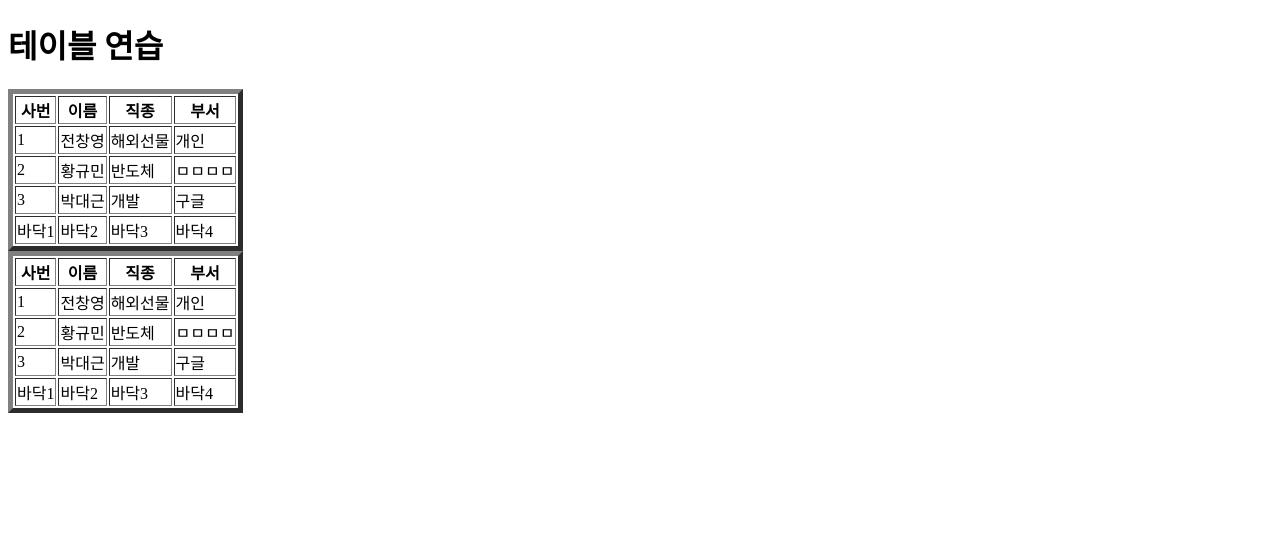
Repository: keeka2/webPractice
Page: MyStudy/HTML_Study/work/0821/WebContent/ex2_table.html
These files come from the project's save history. The page is drawn as it stood at one moment and after the next save; the edit follows.
The browser window is 1280 px wide. The pictures show the whole page.

Above is the page before, as saved 2020-08-21 03:20:21.

### MyStudy/HTML_Study/work/0821/WebContent/ex2_table.html
<!DOCTYPE html>
<html>
<head>
<meta charset="UTF-8">
<title>Insert title here</title>
</head>
<body>
	<h1>테이블 연습</h1>
	<div>
		<table border="5">
			<thead><!-- 테이블 머리글 -->
				<tr>
					<th>사번</th>
					<th>이름</th>
					<th>직종</th>
					<th>부서</th>
				</tr><!-- 행 의미 -->
			</thead>

			<tfoot><!-- 테이블 바닥글 -->
				<tr>
					<td>바닥1</td>
					<td>바닥2</td>
					<td>바닥3</td>
					<td>바닥4</td>
				</tr>
			</tfoot>

			<tbody>
				<tr>
					<td>1</td>
					<td>전창영</td>
					<td>해외선물</td>
					<td>개인</td>
				</tr>
				<tr>
					<td>2</td>
					<td>황규민</td>
					<td>반도체</td>
					<td>ㅁㅁㅁㅁ</td>
				</tr>
				<tr>
					<td>3</td>
					<td>박대근</td>
					<td>개발</td>
					<td>구글</td>
				</tr>
			</tbody>
		</table>

		<!-- ========================================================= -->
				<table border="5">
			<thead><!-- 테이블 머리글 -->
				<tr>
					<th>사번</th>
					<th>이름</th>
					<th>직종</th>
					<th>부서</th>
				</tr><!-- 행 의미 -->
			</thead>

			<tfoot><!-- 테이블 바닥글 -->
				<tr>
					<td>바닥1</td>
					<td>바닥2</td>
					<td>바닥3</td>
					<td>바닥4</td>
				</tr>
			</tfoot>

			<tbody>
				<tr>
					<td>1</td>
					<td>전창영</td>
					<td>해외선물</td>
					<td>개인</td>
				</tr>
				<tr>
					<td>2</td>
					<td>황규민</td>
					<td>반도체</td>
					<td>ㅁㅁㅁㅁ</td>
				</tr>
				<tr>
					<td>3</td>
					<td>박대근</td>
					<td>개발</td>
					<td>구글</td>
				</tr>
			</tbody>
		</table>
	</div>
</body>
</html>

After the next save:
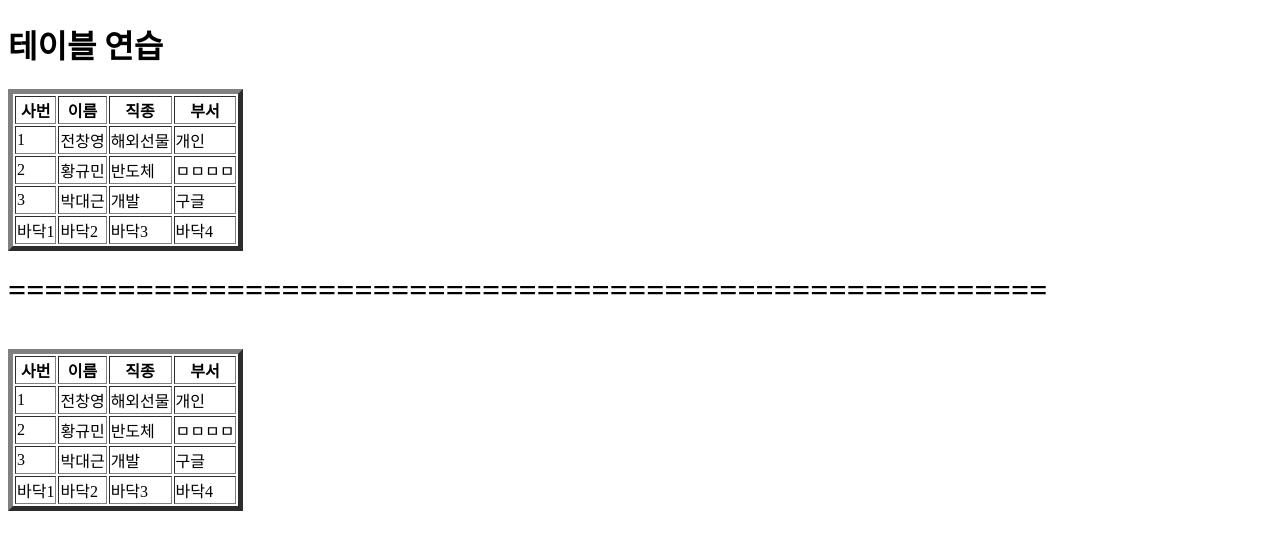
Saved 35 s later.
--- a/MyStudy/HTML_Study/work/0821/WebContent/ex2_table.html
+++ b/MyStudy/HTML_Study/work/0821/WebContent/ex2_table.html
@@ -47,7 +47,7 @@
 				</tr>
 			</tbody>
 		</table>
-
+		<h1>=========================================================</h1><br/>
 		<!-- ========================================================= -->
 				<table border="5">
 			<thead><!-- 테이블 머리글 -->
